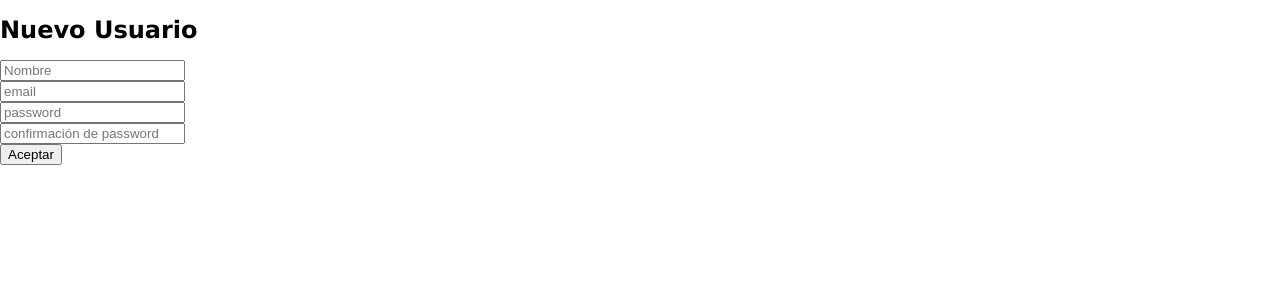
Repository: anagut/java-web
Page: http://localhost/HelloLogin/nuevousuario
The author's editor kept a copy of each file at every save. The page is drawn from the files as they stood at one save, then again after the next save.
The browser window is 1280 px wide. The pictures show the whole page.
The page is served by Tomcat 9.

Above is the page before, as saved 2018-11-15 11:02:59.

After the next save:
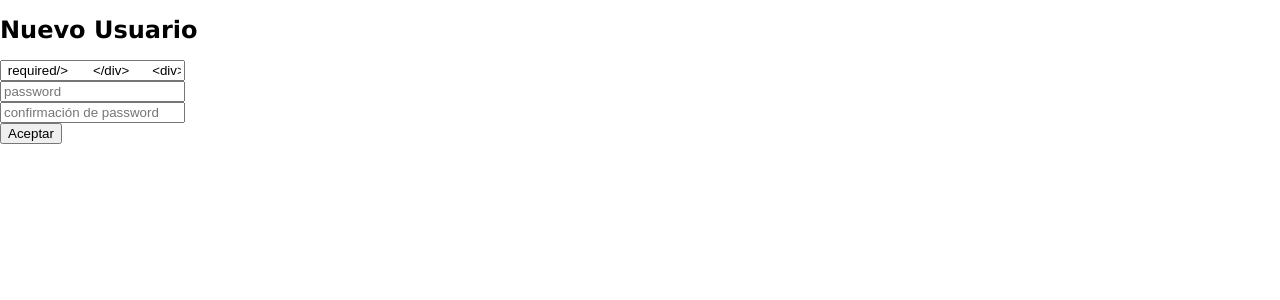
Saved 35 s later.
--- a/HelloLogin/WebContent/nuevousuario.jsp
+++ b/HelloLogin/WebContent/nuevousuario.jsp
@@ -13,7 +13,7 @@
 	<div class="error">${error}</div>
 	<form action="" method="POST">
 	<div>
-	<input type="text" placeholder="Nombre" name="nombre" id="nombre" required/>
+	<input type="text" placeholder="Nombre" name="nombre" id="nombre" value="${nuevoUser.name} required/>
 	</div>
 	<div>
 	<input type="email" placeholder="email" name="email" id="email" value="${nuevoUser.email}"/>

After the 3 saves that followed:
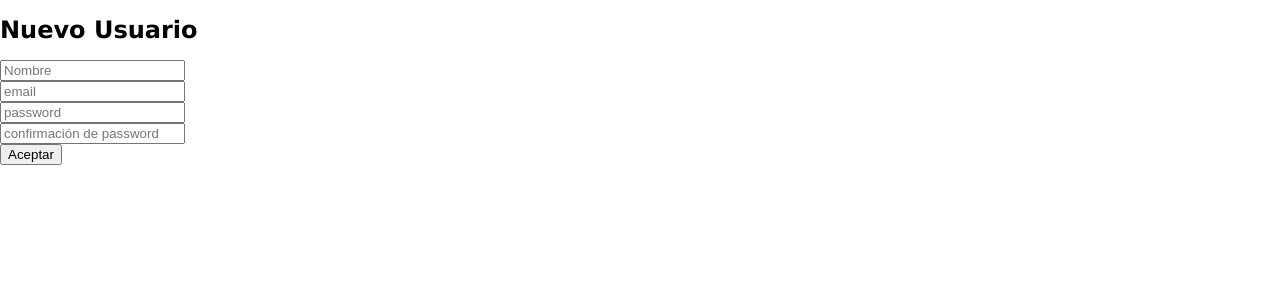
The 3 saves are shown as one change because 2 left the picture as it was.
The last was saved 43 s later.
--- a/HelloLogin/WebContent/nuevousuario.jsp
+++ b/HelloLogin/WebContent/nuevousuario.jsp
@@ -13,13 +13,13 @@
 	<div class="error">${error}</div>
 	<form action="" method="POST">
 	<div>
-	<input type="text" placeholder="Nombre" name="nombre" id="nombre" value="${nuevoUser.name} required/>
+	<input type="text" placeholder="Nombre" name="nombre" id="nombre" value="${usuario.name}" required/>
 	</div>
 	<div>
-	<input type="email" placeholder="email" name="email" id="email" value="${nuevoUser.email}"/>
+	<input type="email" placeholder="email" name="email" id="email" value="${usuario.email}"/>
 	</div>
 	<div>
-	<input type="password" placeholder="password" name="password" id="password" required/>
+	<input type="password" placeholder="password" name="password" id="password" value="${usuario.password}" required/>
 	</div>
 	<div>
 	<input type="password" placeholder="confirmación de password" name="passwordconf" id="passwordconf" required/>
